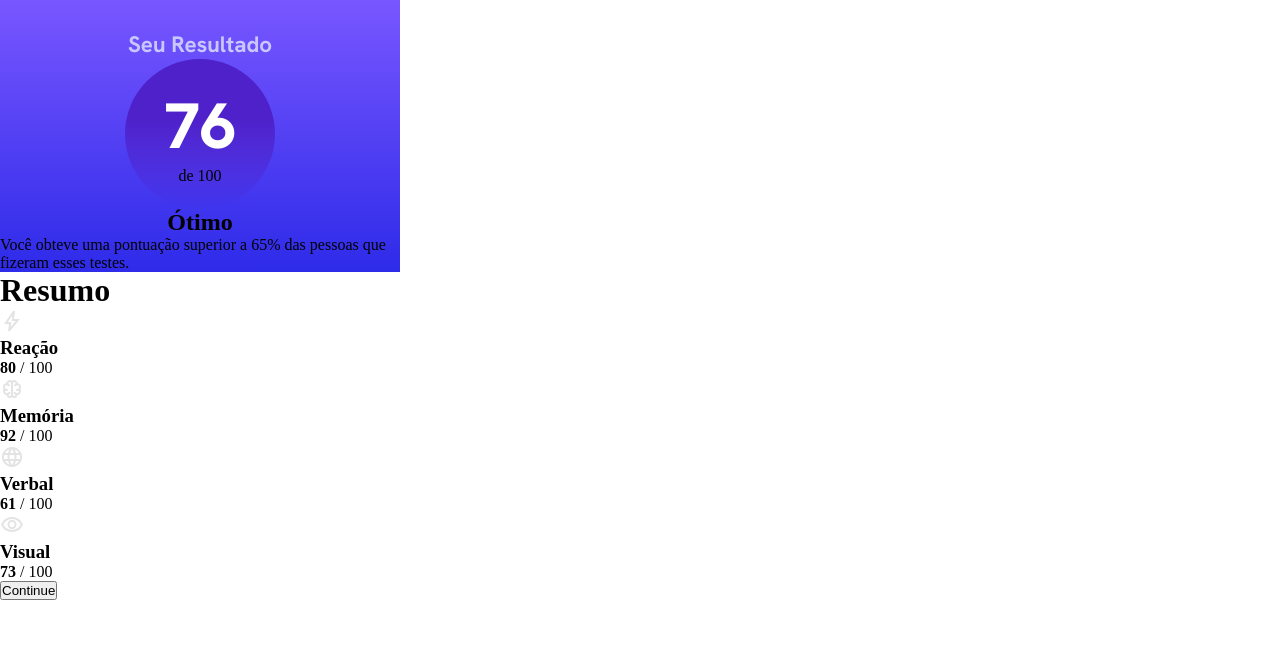
Repository: caique2512/resumo-de-resultados
Page: index.html
These files come from the project's save history. The page is drawn as it stood at one moment and after a run of saves; the edit follows.
The browser window is 1280 px wide. The pictures show the whole page.

Above is the page before, as saved 2026-03-05 23:20:16.

### index.html
<!DOCTYPE html>
<html lang="pt-br">
<head>
    <meta charset="UTF-8">
    <meta name="viewport" content="width=device-width, initial-scale=1.0">
    <title>Resumo de Resultados</title>
    <link rel="stylesheet" href="src/css/estilos.css">
    <link rel="stylesheet" href="src/css/reset.css">
</head>
<body>
    <main class="conteudo">
        <div class="principal">
            <h1 class="titulo">Seu Resultado</h1>
            <div class="circulo">
                <h2>76</h2>
                <p>de 100</p>
            </div>
            <h2>Ótimo</h2>
            <p class="subtitle">Você obteve uma pontuação superior a 65% das pessoas que fizeram esses testes.</p>
        </div>
        <div>
            <h1 class="titulo1">Resumo</h1>
            <div class="classes">
                <div class="resumo1">
                    <img src="./src/images/raio.svg" alt="Raio">
                    <h3>Reação</h3>
                    <p><strong>80</strong> / 100</p>
                </div>
                <div class="resumo2">
                    <img src="./src/images/memoria.svg" alt="Memória">
                    <h3>Memória</h3>
                    <p><strong>92</strong> / 100</p>
                </div>
                <div class="resumo3">
                    <img src="./src/images/mensagem.svg" alt="Mensagem">
                    <h3>Verbal</h3>
                    <p><strong>61</strong> / 100</p>
                </div>
                <div class="resumo4">
                    <img src="./src/images/olho.svg" alt="olho">
                    <h3>Visual</h3>
                    <p><strong>73</strong> / 100</p>
                </div>
            </div>
            <button class="btn-resumo">Continue</button>
        </div>
    </main>
</body>
</html>

### src/css/estilos.css
@import url('https://fonts.googleapis.com/css2?family=Hanken+Grotesk:ital,wght@0,100..900;1,100..900&display=swap');


.principal {
    background: linear-gradient(hsl(252, 100%, 67%), hsl(241, 81%, 54%));
    width: 400px;
    display: flex;
    flex-direction: column;
    align-items: center;
}

.titulo {
    color: hsl(241, 100%, 89%);
    font-family: "Hanken Grotesk";
    margin-top: 30px;
    font-size: 1.4rem;
}

.circulo {
    background: linear-gradient(hsla(256, 72%, 46%, 1) 40%, hsla(241, 72%, 46%, 0));
    width: 150px;
    height: 150px;
    border-radius: 50%;
    display: flex;
    align-items: center;
    justify-content: center;
    flex-direction: column;
}

.circulo h2 {
    font-size: 4rem;
    font-family: "Hanken Grotesk";
    font-weight: 800;
    color: hsl(0, 0%, 100%);
}

Loaded but not shown: src/css/reset.css (common file)

After the next 2 saves:
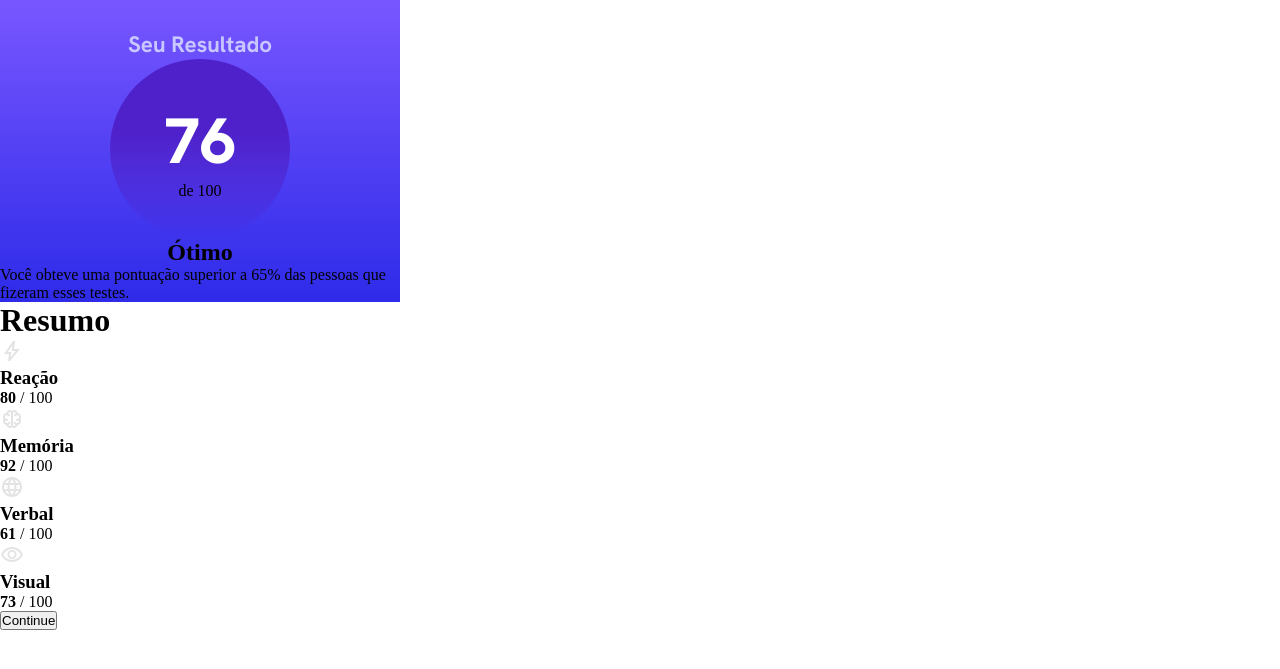
The 2 saves are shown as one change because they came seconds apart.
The last was saved 36 s later.
--- a/src/css/estilos.css
+++ b/src/css/estilos.css
@@ -18,8 +18,8 @@
 
 .circulo {
     background: linear-gradient(hsla(256, 72%, 46%, 1) 40%, hsla(241, 72%, 46%, 0));
-    width: 150px;
-    height: 150px;
+    width: 180px;
+    height: 180px;
     border-radius: 50%;
     display: flex;
     align-items: center;
